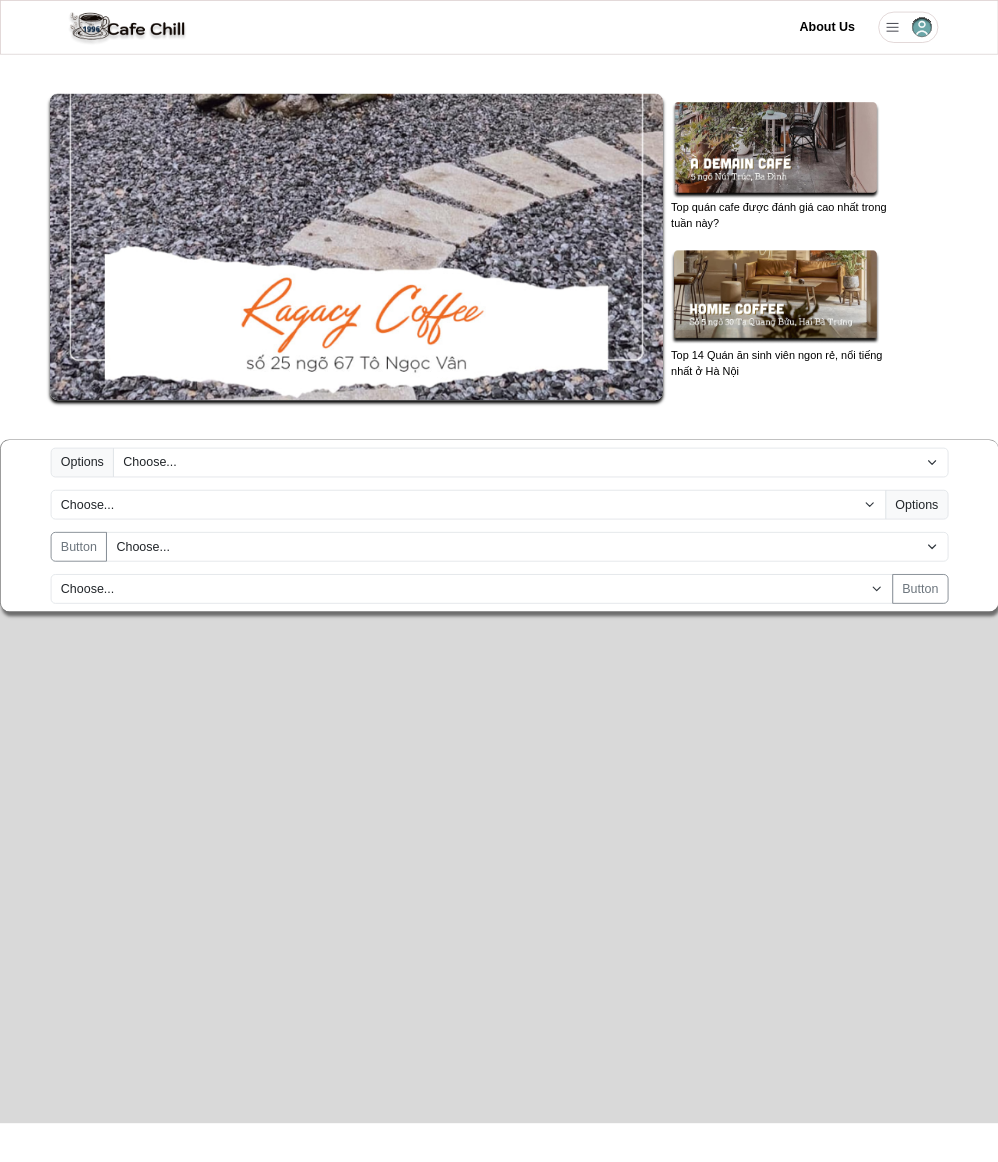
Repository: eriklehnsher/CafeReview-Vue3
Page: /
An editor plug-in stored every save of this project. The page is shown before and after the next save, followed by the edit.
The browser window is 1280 px wide. The pictures show the whole page, at 78% of full size.
Some web fonts or font styles are not loaded; a fallback is used. The project was rebuilt for these pictures with package versions that can differ from the ones it lists, and the page was loaded fresh each time. Also part of the build but not shown: vue.config.js.

Above is the page before, as saved 2023-10-11 10:41:48.

After the next save:
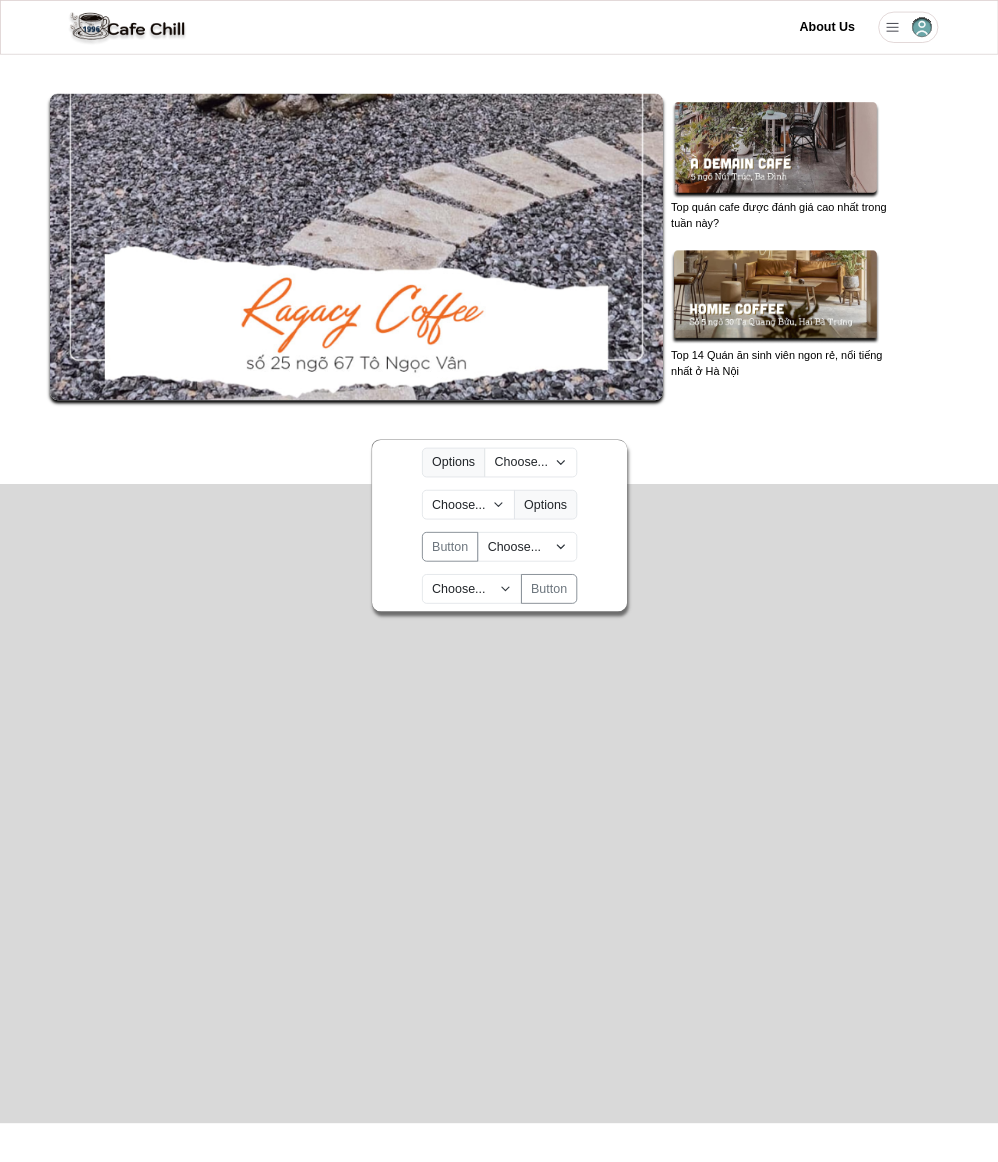
Saved 7 s later.
--- a/src/components/HomePage.vue
+++ b/src/components/HomePage.vue
@@ -125,7 +125,7 @@
   border-radius: 10px;
 }
 .search-box {
-  width: 100%;
+  width: 50%%;
   height: auto;
   border-radius: 12px;
   border-top: 1px solid rgba(0, 0, 0, 0.5);
